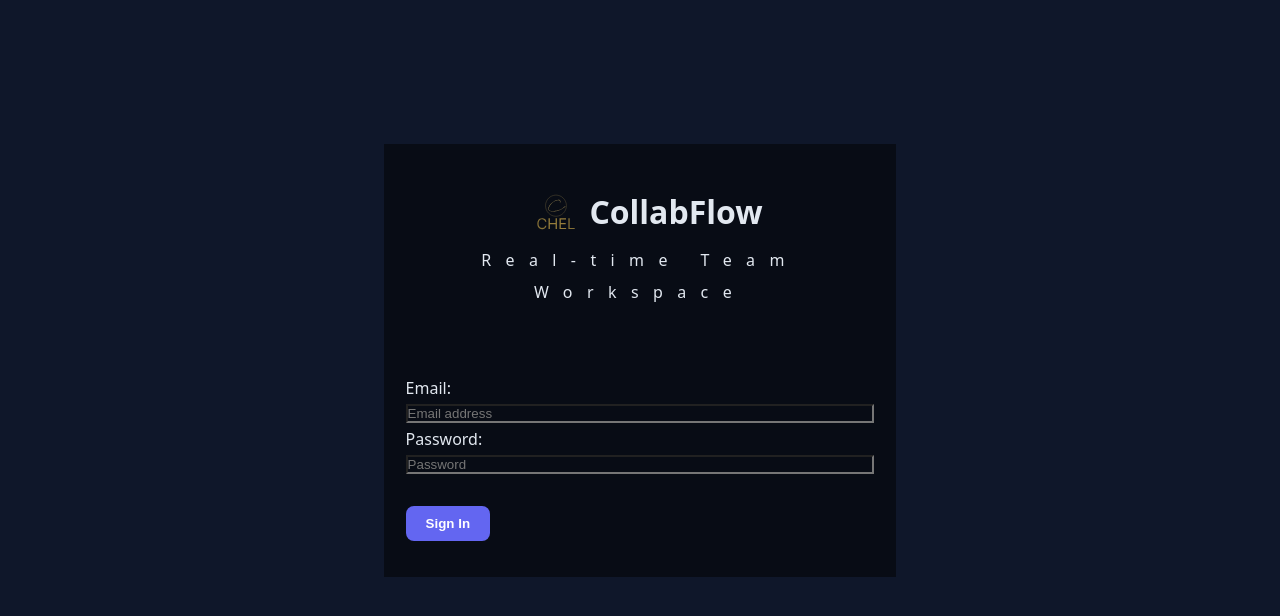
Repository: Lovethrech/collabflow
Page: /
An editor plug-in stored every save of this project. The page is shown before and after the next save, followed by the edit.
The browser window is 1280 px wide. The pictures show the whole page.
The project was rebuilt for these pictures with package versions that can differ from the ones it lists, and the page was loaded fresh each time. The framework's server and built-in components were replaced by stand-ins that run in the browser. Also part of the build but not shown: nuxt.config.ts.

Above is the page before, as saved 2026-05-20 19:42:23.

After the next save:
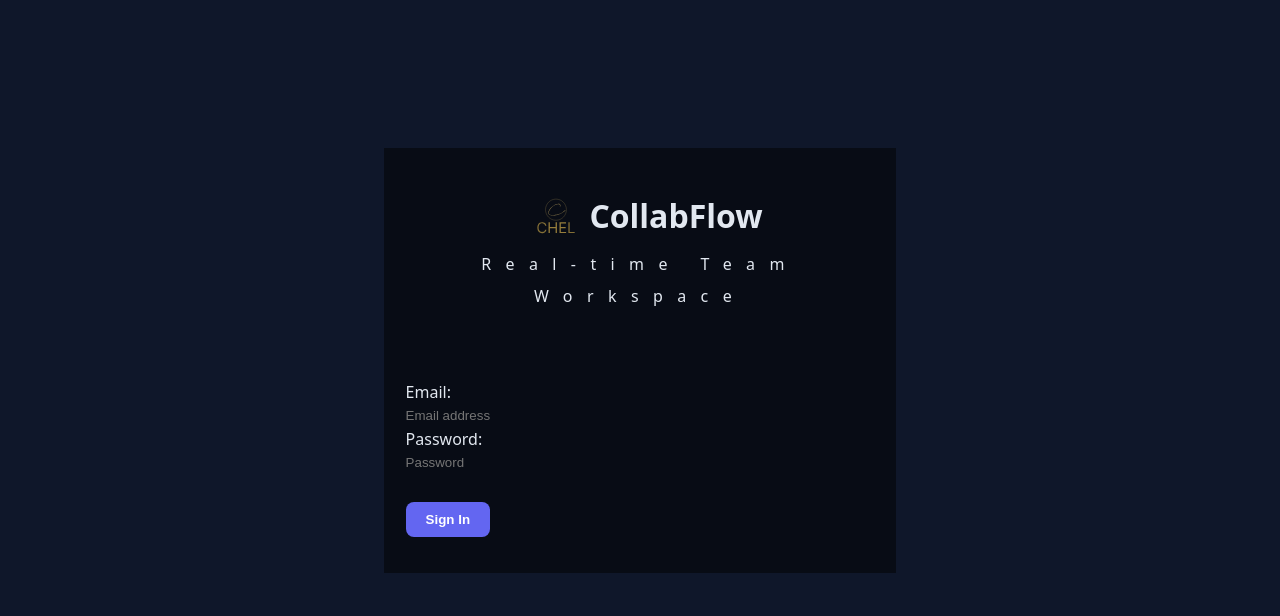
Saved 4 s later.
--- a/app/pages/index.vue
+++ b/app/pages/index.vue
@@ -74,6 +74,7 @@
 }
 .auth-form-label-and-input-ctn input{
     background-color: transparent;
-    border:
+    border:0;
+
 }
 </style>
